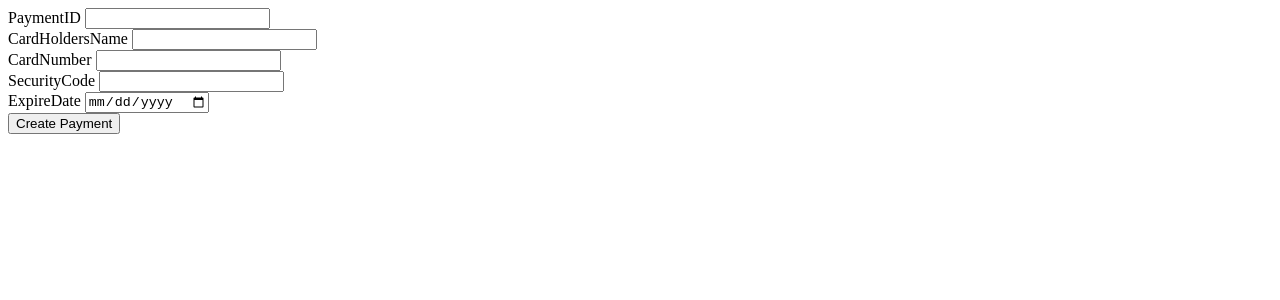
Repository: sandeepa9803/OOP---Online-Travel-web-application
Page: http://localhost/PaymentNew/PaymentInsert.jsp
These files come from the project's save history. The page is drawn as it stood at one moment and after the next save; the edit follows.
The browser window is 1280 px wide. The pictures show the whole page.
The page is served by Tomcat 9.

Above is the page before, as saved 2021-10-10 08:51:05.

After the next save:
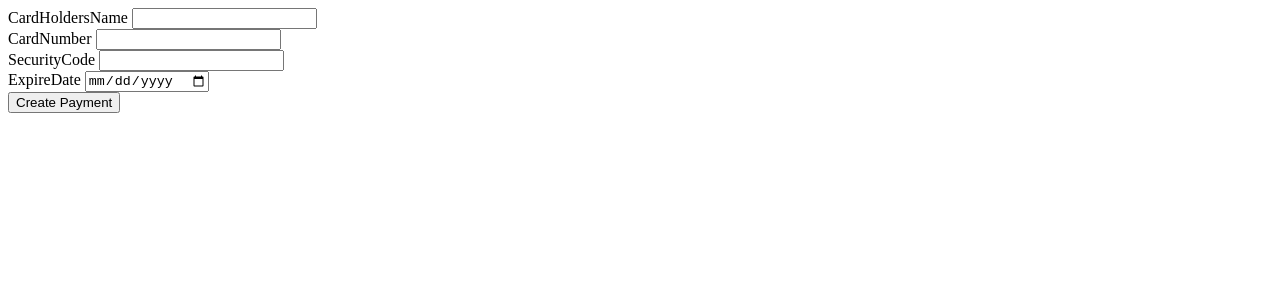
Saved 5 min 10 s later.
--- a/PaymentNew/WebContent/PaymentInsert.jsp
+++ b/PaymentNew/WebContent/PaymentInsert.jsp
@@ -9,7 +9,7 @@
 <body>
 
     <form action="insert" method ="post">
-         PaymentID <input type = "number" name = "paymentid"><br>
+
          CardHoldersName <input type = "text" name = "cardholder"><br>
          CardNumber <input type ="number" name = "cardnum"> <br>
          SecurityCode <input type ="number" name = "cvcnum"> <br>
